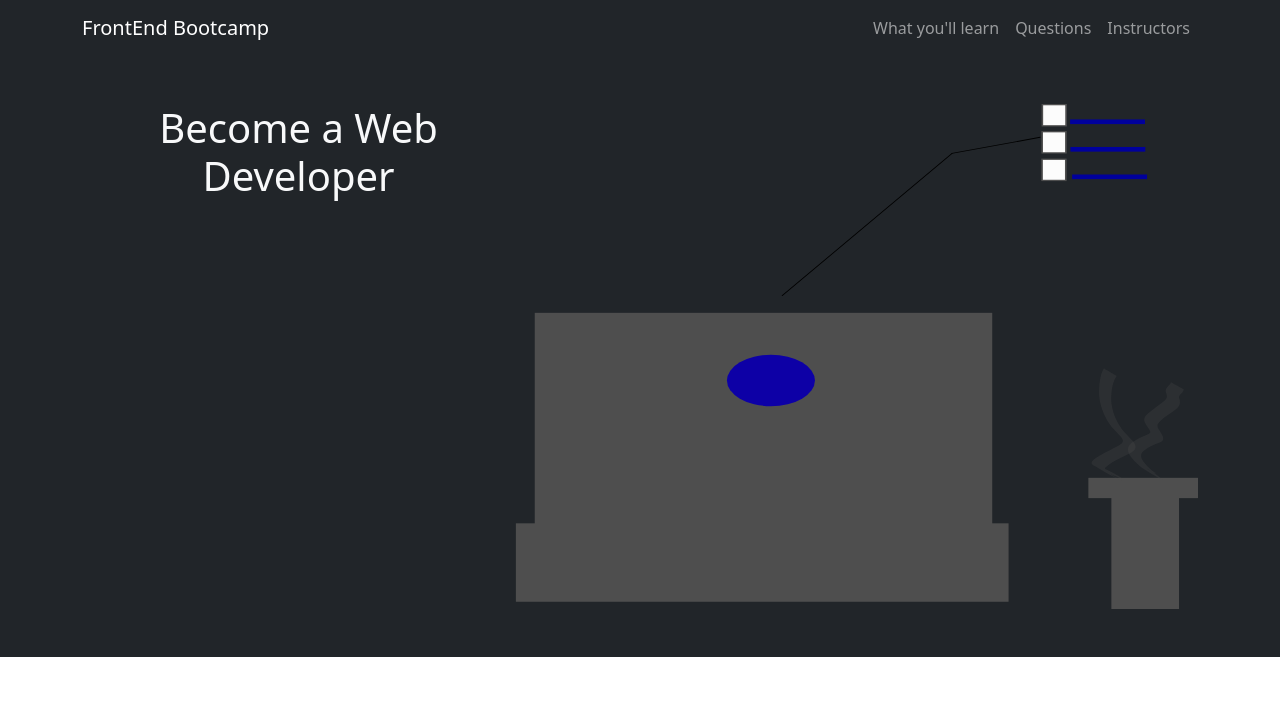
Repository: HaziimYassien/Front-End-BootCamp-__BootStrap-Project
Page: Front End BootCamp2/index.html
An editor plug-in stored every save of this project. The page is shown before and after the next save, followed by the edit.
The browser window is 1280 px wide. The pictures show the whole page.

Above is the page before, as saved 2024-01-12 02:07:22.

After the next save:
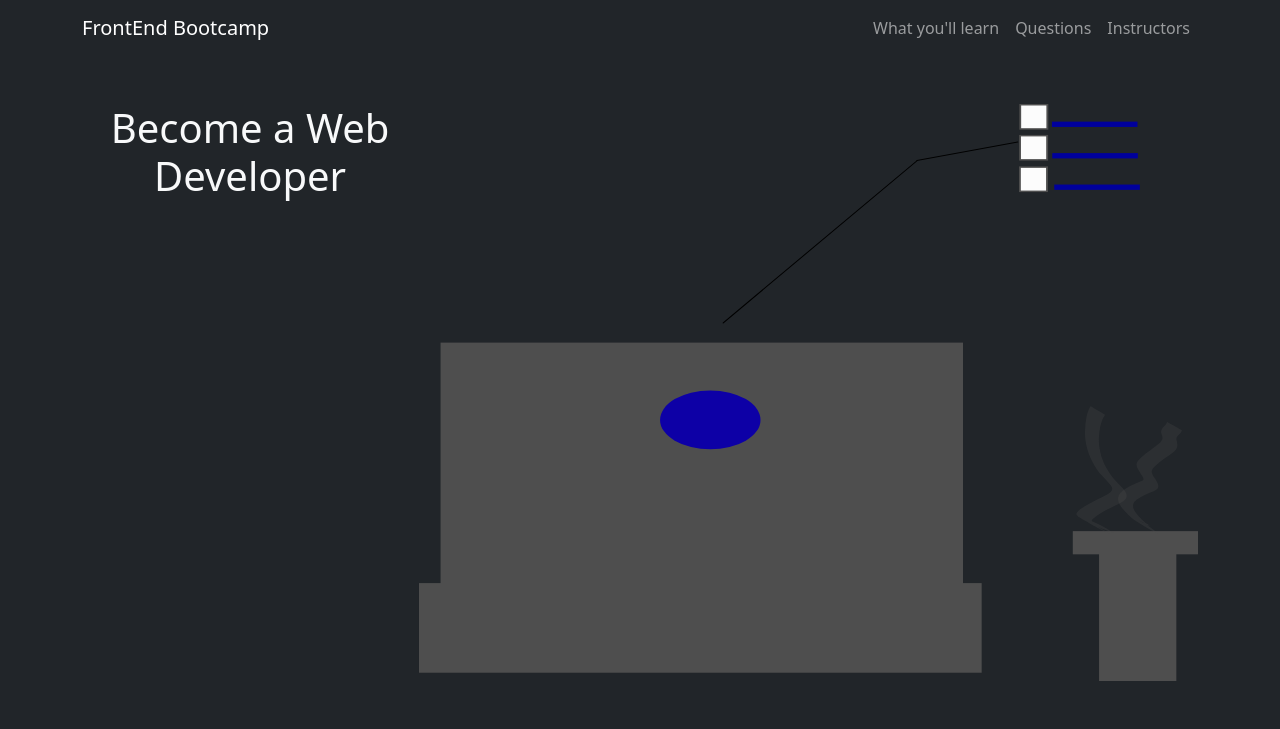
Saved 5 s later.
--- a/Front End BootCamp2/index.html
+++ b/Front End BootCamp2/index.html
@@ -50,7 +50,7 @@
             <h1>Become a Web Developer</h1>
           </div>
           <img
-            class="img-fluid w-10"
+            class="img-fluid w-100"
             src="img/FirstImage_BootCampProject.svg"
             alt=""
           />
